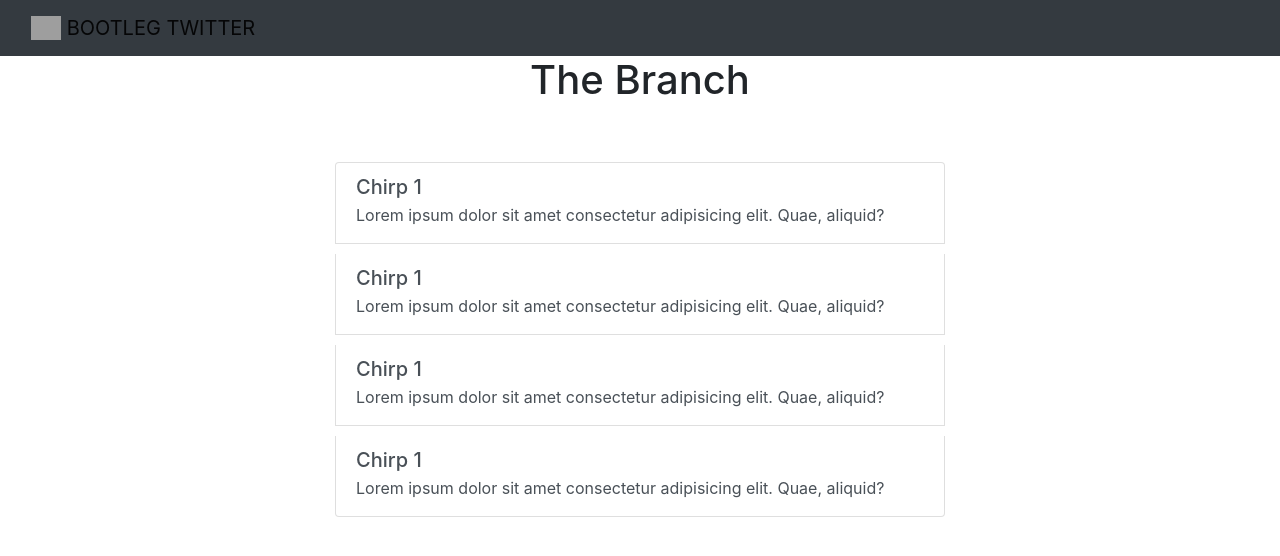
Repository: DavidDontKnow/BootlegTwitter
Page: html/FEED.HTML
An editor plug-in stored every save of this project. The page is shown before and after the next save, followed by the edit.
The browser window is 1280 px wide. The pictures show the whole page.
Pictures or frames that could not be fetched are drawn as grey boxes.

Above is the page before, as saved 2023-04-06 11:04:34.

After the next save:
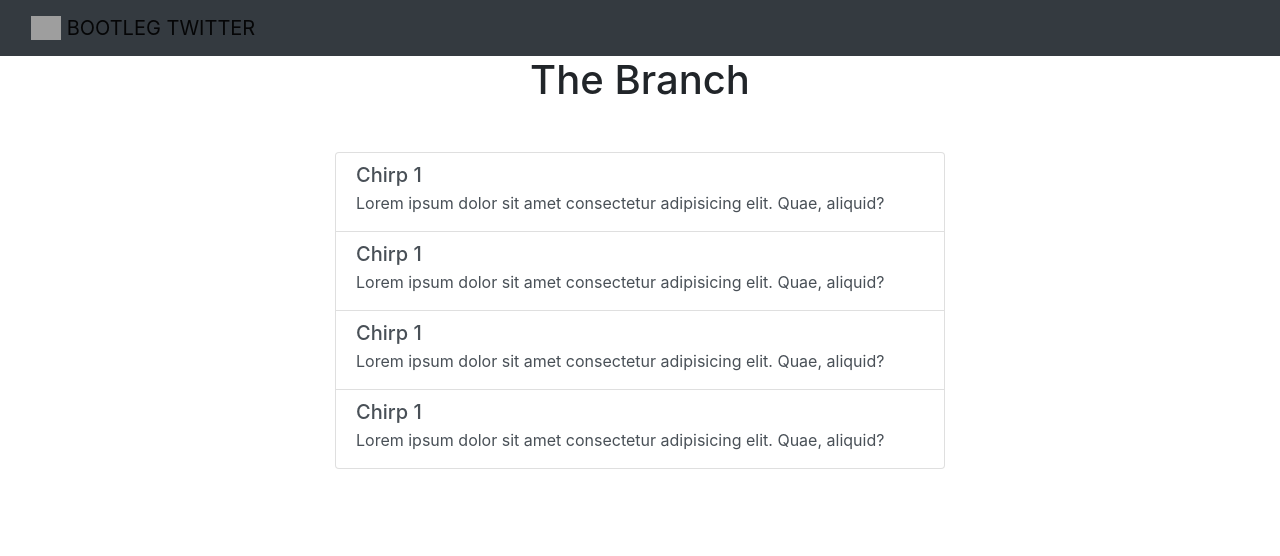
Saved 14 s later.
--- a/html/FEED.HTML
+++ b/html/FEED.HTML
@@ -7,7 +7,7 @@
     <link rel="stylesheet" href="https://maxcdn.bootstrapcdn.com/bootstrap/4.5.2/css/bootstrap.min.css">
     <style>
       .list-group-item {
-        margin-top: 10px;
+        padding-top: 10px;
       }
     </style>
     <title>Login</title>
